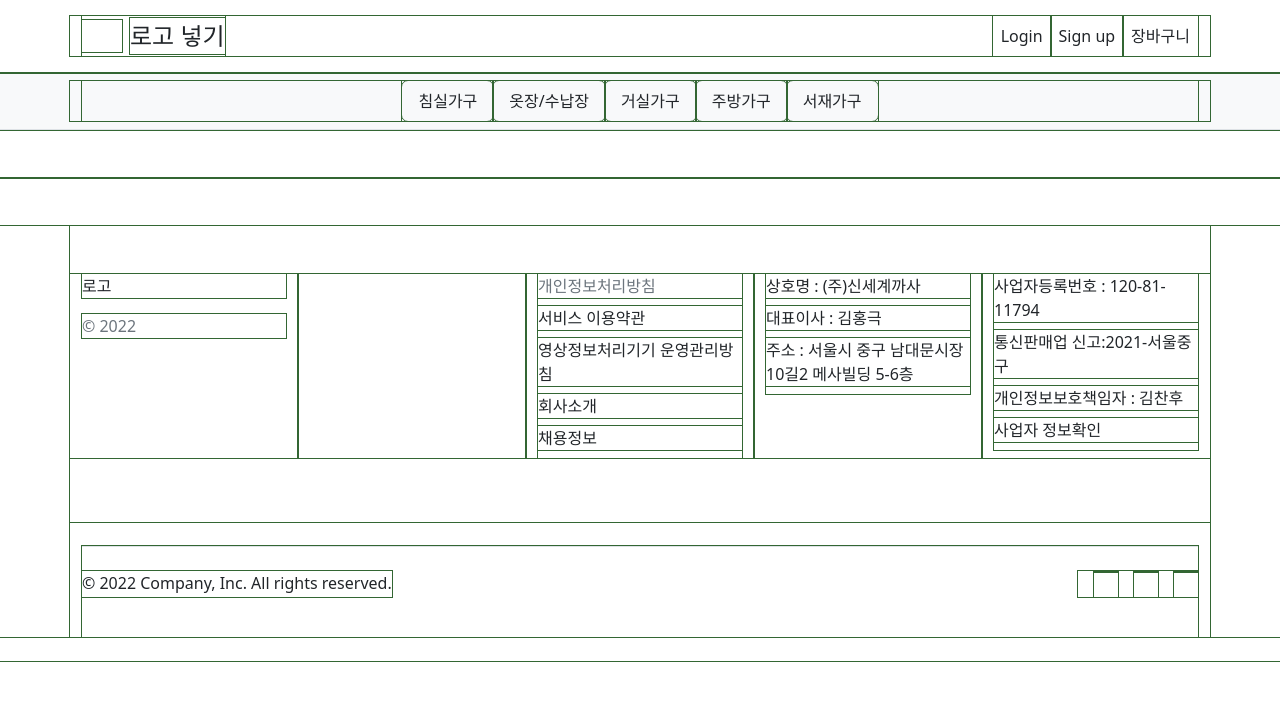
Repository: raoniee/Elice-House-Project
Page: FE/views/pages/main/item-list.html
The author's editor kept a copy of each file at every save. The page is drawn from the files as they stood at one save, then again after the next save.
The browser window is 1280 px wide. The pictures show the whole page.

Above is the page before, as saved 2023-07-06 13:38:21.

After the next save:
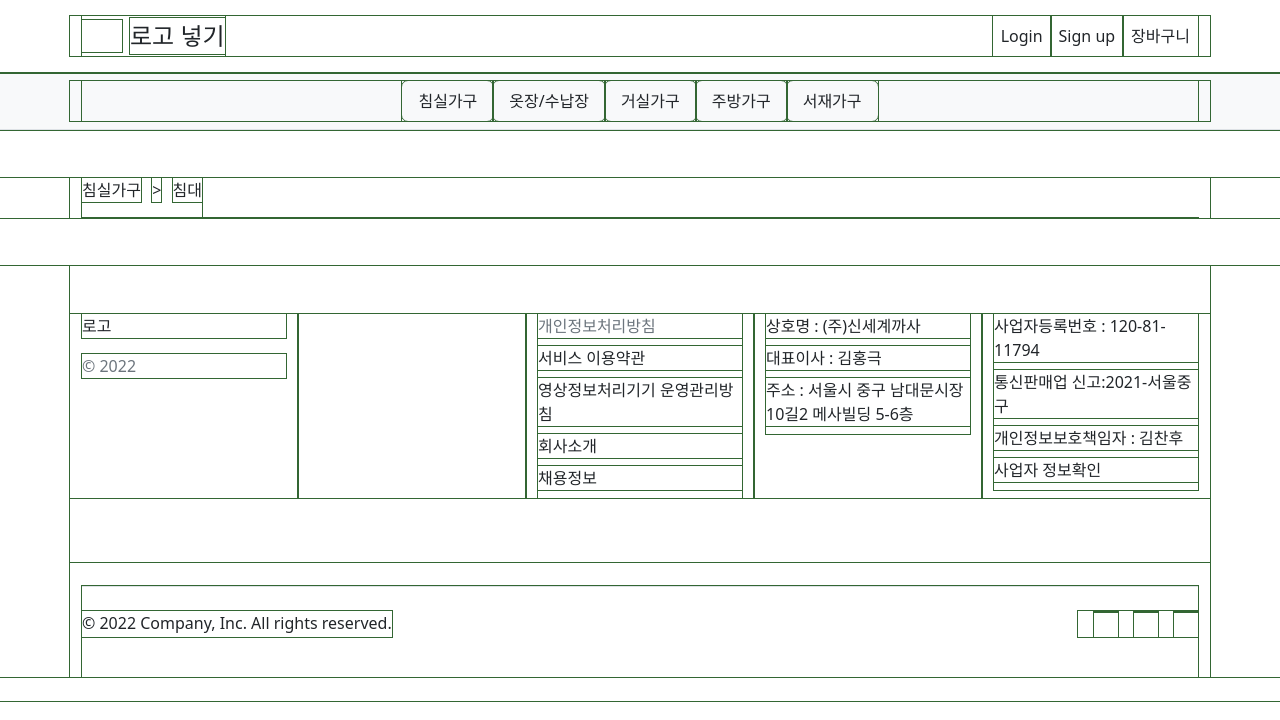
Saved 1 s later.
--- a/FE/views/pages/main/item-list.js
+++ b/FE/views/pages/main/item-list.js
@@ -1,6 +1,8 @@
 import { drawHeader } from "../../components/header/header.js";
 import { drawFooter } from "../../components/footer/footer.js";
+import { drawMenubar } from "../../components/menu-bar/menu-bar.js";
 
 // Header, Footer 템플릿 삽입
 drawHeader();
 drawFooter();
+drawMenubar();
